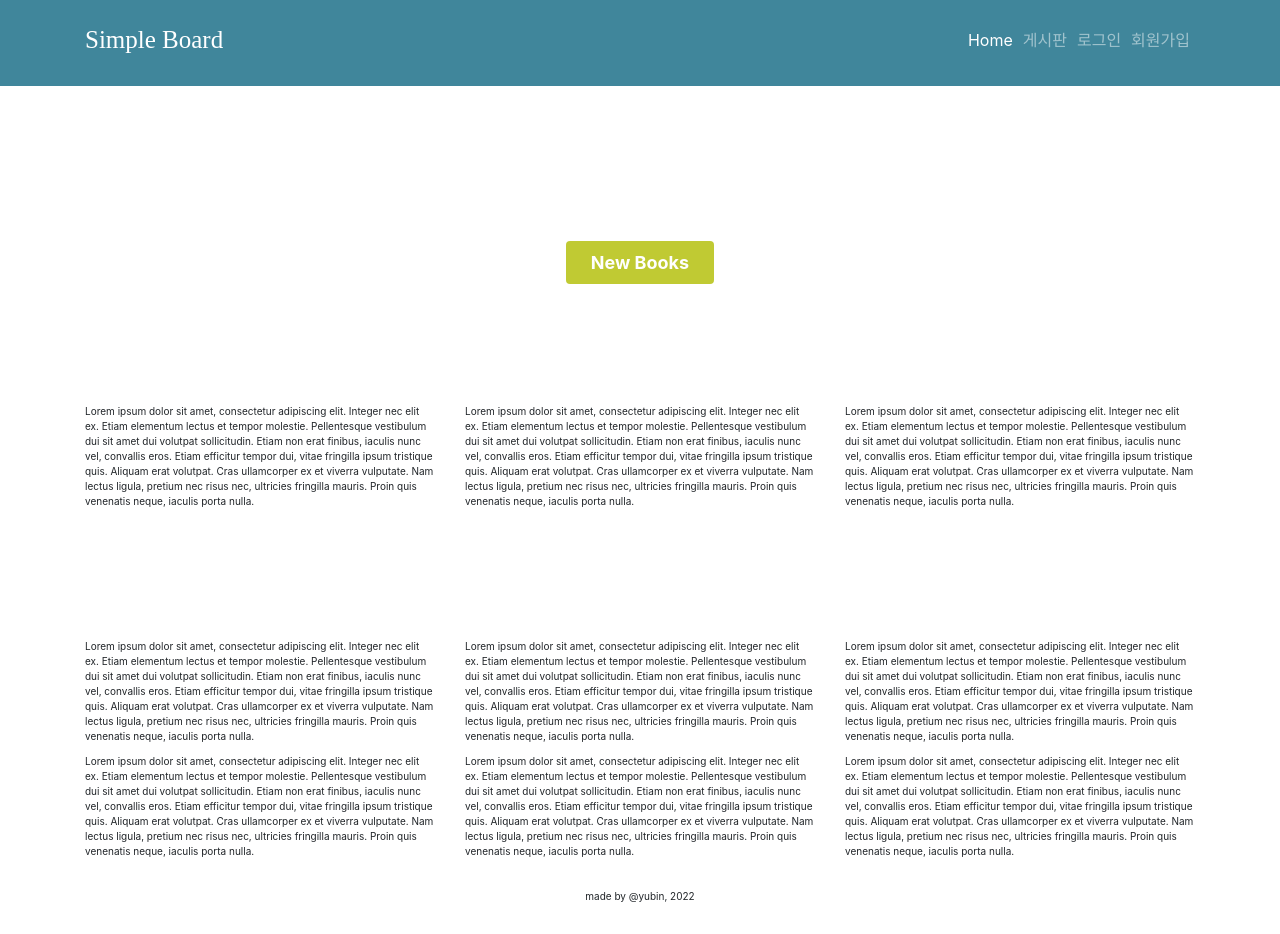
Repository: yubincho/simpleBoard
Page: http://localhost/demo/WEB-INF/views/index.jsp
The author's editor kept a copy of each file at every save. The page is drawn from the files as they stood at one save, then again after the next save.
The browser window is 1280 px wide. The pictures show the whole page.
Some web fonts or font styles are not loaded; a fallback is used. Some web libraries are served in a nearby version. The page is served by Tomcat 9. Nobody is signed in. The template is opened directly, without the code that normally fills it, so the values that code supplies are empty.

Above is the page before, as saved 2022-10-17 20:26:45.

After the next save:
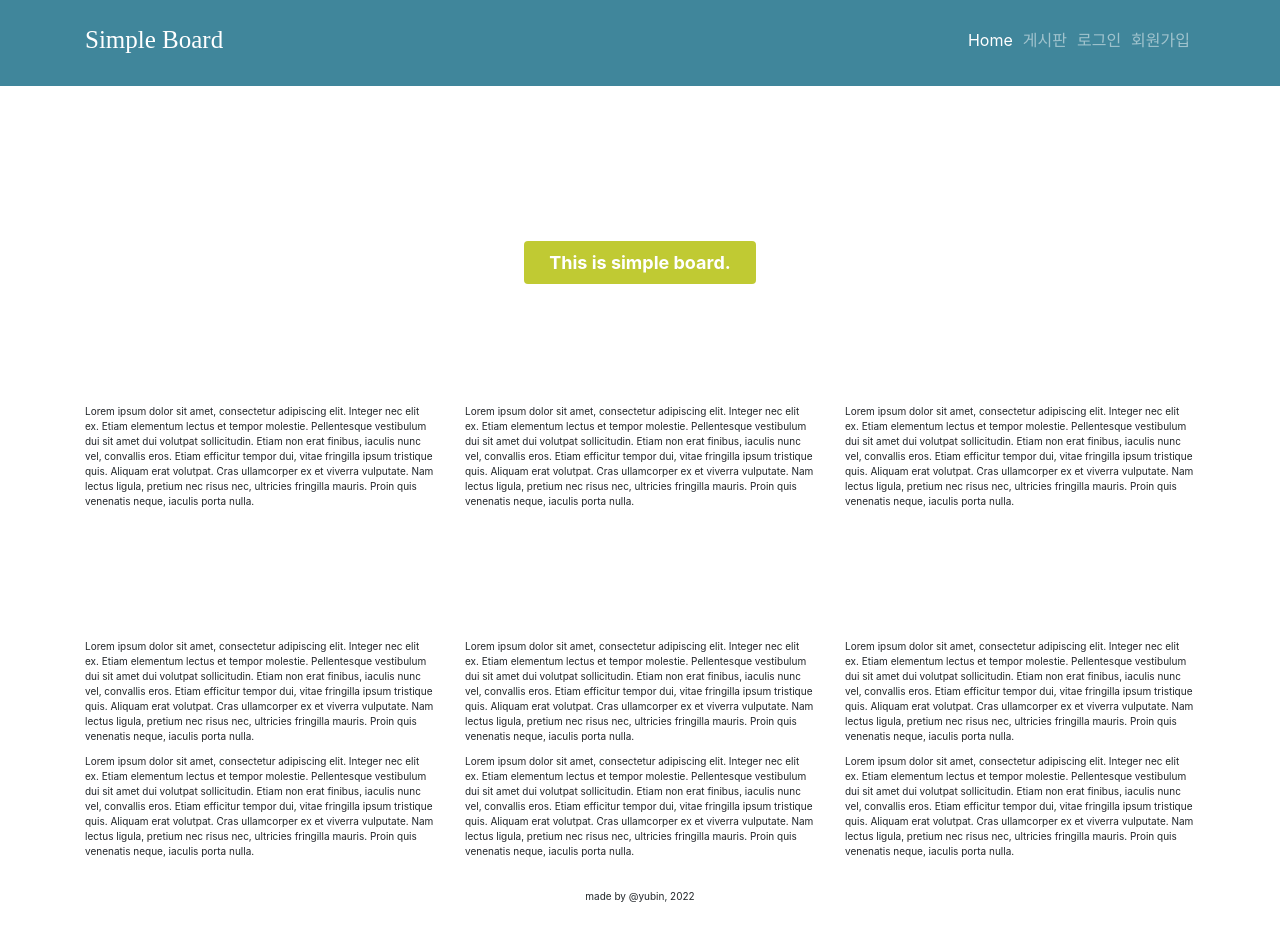
Saved 18 s later.
--- a/demo/src/main/webapp/WEB-INF/views/index.jsp
+++ b/demo/src/main/webapp/WEB-INF/views/index.jsp
@@ -11,7 +11,7 @@
 		<div class="container">
 			<h1>Bootstrap 4 Navbar</h1>
 			<p>Lorem ipsum dolor sit amet, consectetur adipiscing elit. Integer nec elit ex. Etiam elementum lectus et tempor molestie.</p>
-			<a href="#content" class="button button-primary">New Books</a> <br/>
+			<a href="#content" class="button button-primary">This is simple board.</a> <br/>
 
 		</div>
 	</div>
